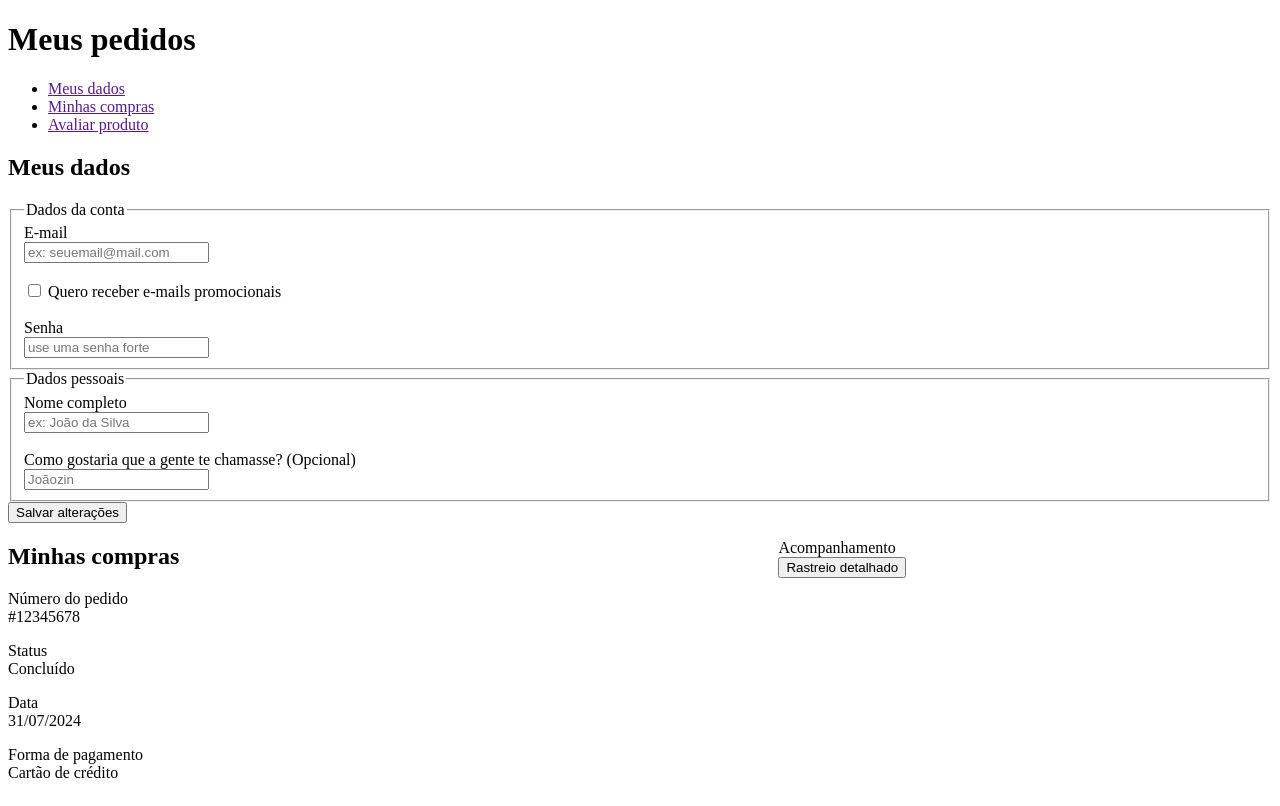
Repository: claudemir-camargo/site-compras
Page: index.html
These files come from the project's save history. The page is drawn as it stood at one moment and after the next save; the edit follows.
The browser window is 1280 px wide. The pictures show the whole page.

Above is the page before, as saved 2024-03-03 14:18:17.

After the next save:
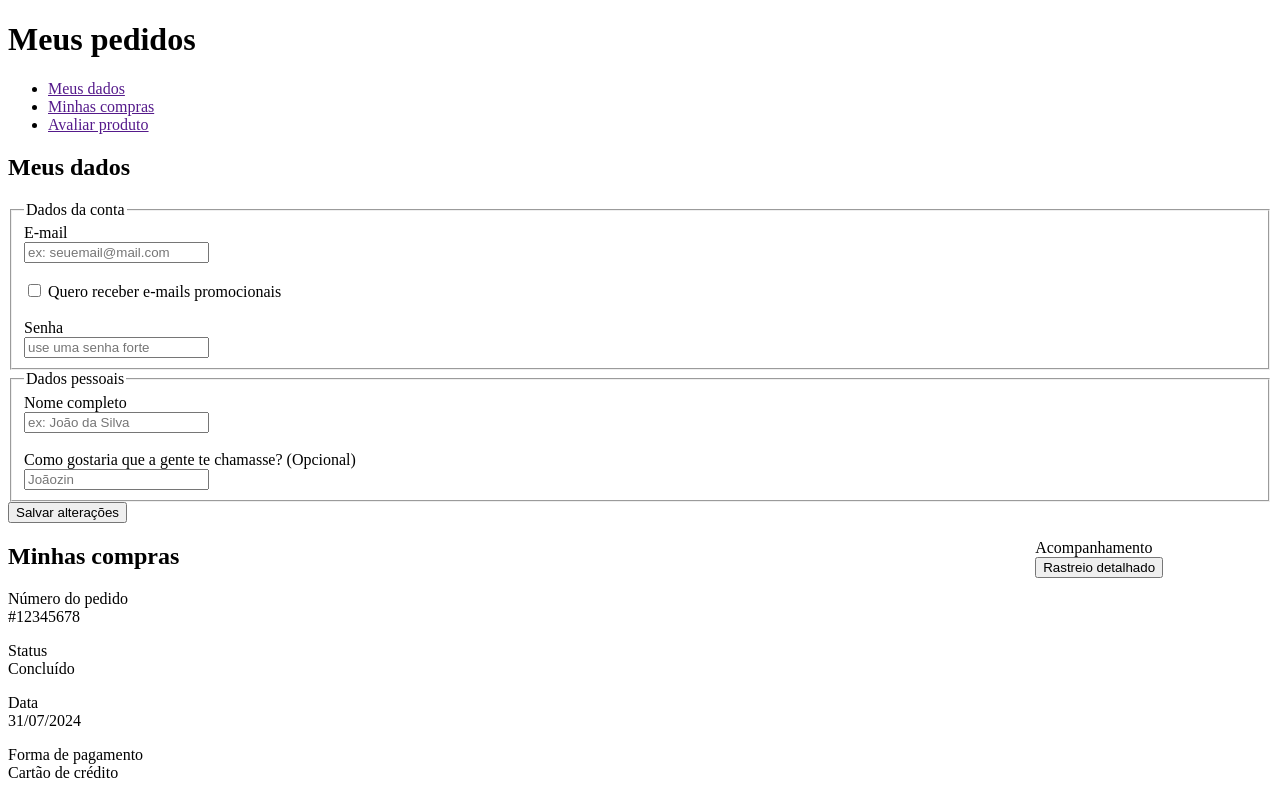
Saved 4 min 52 s later.
--- a/css/style.css
+++ b/css/style.css
@@ -4,8 +4,8 @@
     gap: 20px;
 }
 .order-details {
-    grid-column: span 3;
+    grid-column: span 4;
 }
 .tracking-button {
-    grid-column: span 2;
+    grid-column: span 1;
 }
